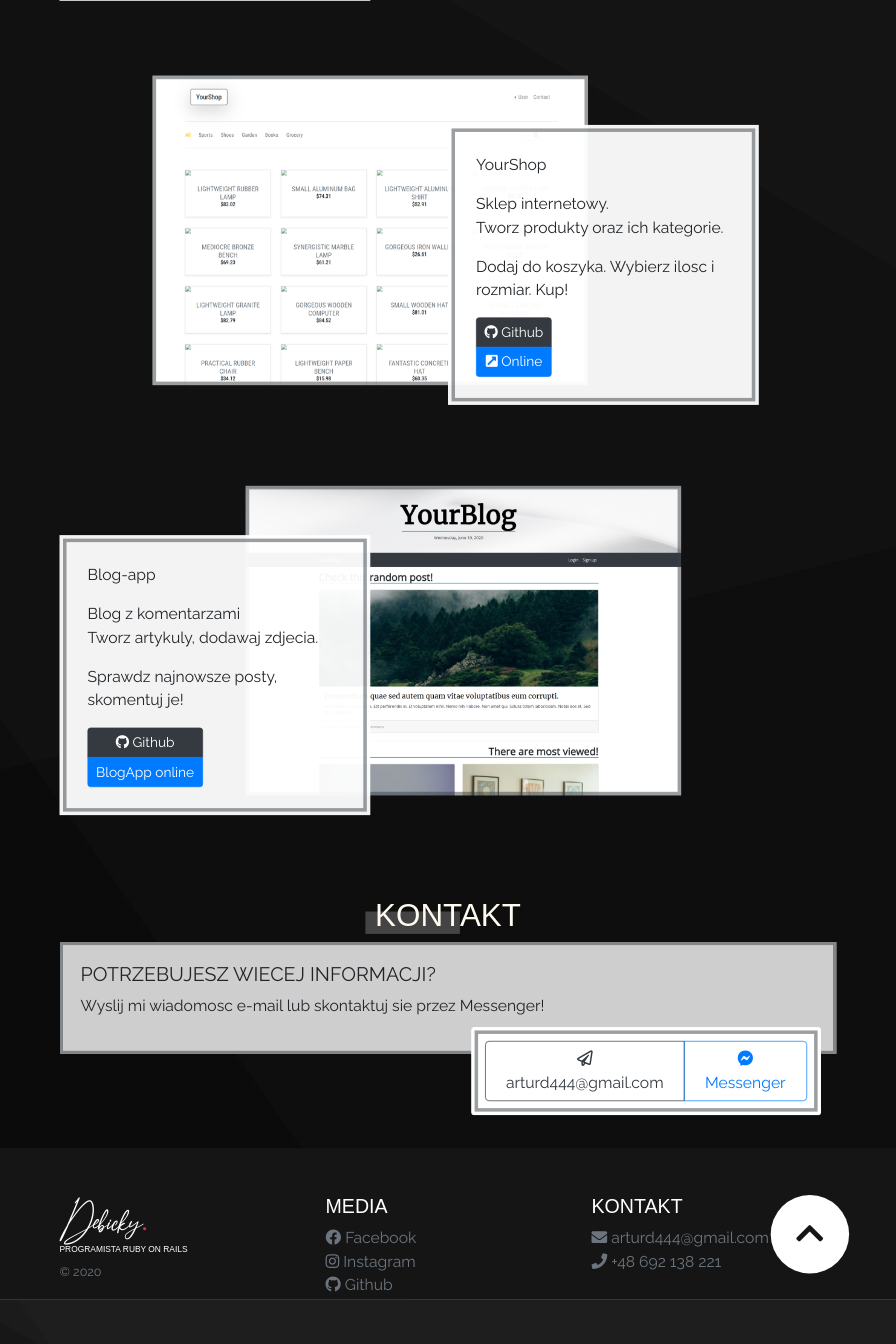
Repository: debicky/debicky.github.io
Page: index.html
The author's editor kept a copy of each file at every save. The page is drawn from the files as they stood at one save, then again after a run of saves.
The browser window is 1280 px wide. The pictures show the part of the page from y = 2713 to 4633 px (the page is 4633 px tall), at 70% of full size.
Some web fonts or font styles are not loaded; a fallback is used. Some web libraries are served in a nearby version.

Above is the page before, as saved 2020-06-16 09:07:15.

### index.html
<!DOCTYPE html>
<html lang="en">
<head>
  <meta charset="UTF-8">
  <meta name="viewport" content="width=device-width, initial-scale=1.0">
  <title>Debicky</title>
  <link rel="stylesheet" href="https://stackpath.bootstrapcdn.com/bootstrap/4.5.0/css/bootstrap.min.css" integrity="sha384-9aIt2nRpC12Uk9gS9baDl411NQApFmC26EwAOH8WgZl5MYYxFfc+NcPb1dKGj7Sk" crossorigin="anonymous">
  <link rel="stylesheet" href="https://cdnjs.cloudflare.com/ajax/libs/font-awesome/5.11.2/css/all.min.css">
  <link rel="stylesheet" href="styles.css">
  <link rel="stylesheet" href="https://unpkg.com/aos@next/dist/aos.css" />

</head>
<body>


  <header>
    <div class="signature" data-aos="fade-in" data-aos-duration="2000">
      <h5 class="signature-heading ">Debicky<span class="text-danger font-weight-bolder">.</span></h5>
      <h3 class="signature-subheading">Młodszy Programista Ruby on Rails</h3>
    </div>

    <div class="container">
      <nav class="navbar navbar-expand-md p-0 rounded" data-aos="fade-in" data-aos-duration="3000">
        <button class="navbar-toggler" type="button" data-toggle="collapse" data-target="#navbarSupportedContent" aria-controls="navbarSupportedContent" aria-expanded="false" aria-label="Toggle navigation">
          <i class="fas fa-bars"></i>
          <i class="fas fa-times"></i>
        </button>

        <div class="collapse navbar-collapse d-md-flex justify-content-center" id="navbarSupportedContent">
          <ul class="navbar-nav">
            <li class="nav-item">
              <a class="nav-link" href="#about">Umiejętności</a>
            </li>
            <li class="nav-item">
              <a class="nav-link" href="#projects">Projekty</a>
            </li>
            <li class="nav-item">
              <a class="nav-link" href="#contact">Kontakt</a>
            </li>
          </ul>
        </div>
      </nav>
    </div>
  </header>

  <section class="about" id="about">
    <div class="container">
      <h1 class="text-center" data-aos="fade-in" data-aos-duration="1500">Umiejętności</h1>

        <div class="about-content" data-aos="zoom-in" data-aos-duration="1000">
          <div class="main-about-description">
            <h5 class="font-weight-bold">Moja praca</h5>
            <p>Projekty wykonane w oparciu o framework <img src="/images/icons/ror.svg" alt="ror-icon"><b> Ruby on Rails 6</b>.
            <p>Bazy danych <i class="fas fa-database"></i><b> PostgreSQL</b>.</p>
            <p>Biblioteki takie jak: <b>Devise</b>, <b>Faker</b>, <b>Simple_form</b>, <b>Friendly_id</b> w celu sprawnej aranżacji produktu. </p>
            <p>Struktura, wyglad i responsywnosc stron tworzona przy pomocy <span><i class="fab fa-bootstrap text-bootstrap"></i> <b>Bootstrap</b></span>.</p>
            <p>Interakcja dzieki <img src="/images/icons/js.svg" alt="js-icon"><b>Javascript</b> oraz <span><img src="/images/icons/jquery.svg" alt="jquery-icon"> <b>jQuery</b></span>.</p>
          </div>
          <div class="minor-about-description ">
            <h5 class="font-weight-bold">Dodatkowe technologie</h5>
            <p><i class="fab fa-github"></i> <b>Github</b> bezpieczenstwo kodu  - <a href="https://github.com/debicky" target="_blank" class="text-dark font-italic">sprawdz moj profil</a>.</p>
            <p><img src="/images/icons/figma.svg" alt="figma-icon"> <b>Figma</b> sprawne prototypowanie UX/UI.</p>
          </div>
          <div class="project-down d-none d-md-flex" id="project-down">
            <span class="text-uppercase"><b>Projekty</b></span>
            <i class="fas fa-chevron-down"></i>
          </div>
        </div>

    </div>
  </section>




  <section class="projects" id="projects">
    <div class="container">
      <h1 class="text-center" data-aos="fade-in" data-aos-duration="1500">Projekty</h1>

        <div class="project-content" data-aos="fade-right" data-aos-duration="1000">
          <div class="project-description">
            <h5 class="font-weight-bold">Course-app</h5>
            <p class="text-muted">Platforma e-learningowa.</p>
            <p>Tworz kursy, dodawaj lekcje, sledz postep Twoich uczniow.</p>
            <p>Wybierz interesujacy Cie temat, zakup i ucz sie!</p>
            <div class="btn-group">
              <a href="https://github.com/debicky/course-application" target="_blank" class="btn p-2 btn-dark "><i class="fab fa-github-square"></i> Github </a>
              <a href="https://course-application-debart.herokuapp.com/" target="_blank" class="btn p-2 btn-primary "><i class="fas fa-external-link-square-alt"></i> Online</a>
            </div>
          </div>
          <div class="project-image">
            <a href="/images/1.jpeg">
              <img src="/images/course.png" alt="course-app-screenshot">
            </a>
          </div>
        </div>

        <div class="project-content" data-aos="fade-left" data-aos-duration="1000">
          <div class="project-description">
            <h5 class="font-weight-bold">Course-app</h5>
            <p class="text-muted">Platforma e-learningowa.</p>
            <p>Tworz kursy, dodawaj lekcje, sledz postep Twoich uczniow.</p>
            <p>Wybierz interesujacy Cie temat, zakup i ucz sie!</p>
            <div class="btn-group">
              <a href="https://github.com/debicky/course-application" target="_blank" class="btn p-2 btn-dark "><i class="fab fa-github-square"></i> Github </a>
              <a href="https://course-application-debart.herokuapp.com/" target="_blank" class="btn p-2 btn-primary "><i class="fas fa-external-link-square-alt"></i> Online</a>
            </div>
          </div>
          <div class="project-image">
            <a href="/images/1.jpeg">
              <img src="/images/course.png" alt="course-app-screenshot">
            </a>
          </div>
        </div>



        <div class="project-content" data-aos="fade-right" data-aos-duration="1000">
          <div class="project-description">
            <span class="span">
              <p>YourShop</p>
              <span class="span-footer">Sklep internetowy.</footer>
            </span>
            <p>Tworz produkty oraz ich kategorie.</p>
            <p>Dodaj do koszyka. Wybierz ilosc i rozmiar. Kup!</p>
            <div class="btn-group-vertical">
              <a href="https://github.com/debicky/yourshop" target="_blank" class="btn btn-dark btn-sm"><i class="fab fa-github"></i> Github </a>
              <a href="http://your-shop-debart.herokuapp.com/" target="_blank" class="btn btn-primary btn-sm"><i class="fas fa-external-link-square-alt"></i> Online</a>
            </div>
          </div>
          <div class="project-image">
            <a href="/images/1.jpeg">
              <img src="/images/shop.png" alt="shop-app-screenshot">
            </a>
          </div>
        </div>

        <div class="project-content" data-aos="fade-left" data-aos-duration="1000">
          <div class="project-description">
            <span class="span">
              <p>Blog-app</p>
              <span class="span-footer">Blog z komentarzami</footer>
            </span>
            <p>Tworz artykuly, dodawaj zdjecia.</p>
            <p>Sprawdz najnowsze posty, skomentuj je!</p>
            <div class="btn-group-vertical">
              <a href="https://github.com/debicky/your-blog-debart" target="_blank" class="btn btn-dark btn-sm"><i class="fab fa-github"></i> Github </a>
              <a href="http://your-blog-debart.herokuapp.com/" target="_blank" class="btn btn-primary btn-sm">BlogApp online</a>
            </div>
          </div>
          <div class="project-image">
            <a href="/images/1.jpeg">
              <img src="/images/blog.png" alt="blog-app-screenshot">
            </a>
          </div>
        </div>


    </div>
  </section>

  <section class="contact" id="contact">
    <div class="container">
      <h1 class="text-center" data-aos="fade-in" data-aos-duration="1500">Kontakt</h1>

      <div class="contact-content" data-aos="zoom-in" data-aos-duration="1000">
        <div class="main-about-description">
          <h5 class="text-uppercase">Potrzebujesz wiecej informacji?</h5>
          <p>Wyslij mi wiadomosc e-mail lub skontaktuj sie przez Messenger!</p>
        </div>
        <div class="minor-about-description btn-group">
          <a href="mailto:arturd444@gmail.com" target="_blank" class="btn btn-outline-dark ">
            <i class="far fa-paper-plane"></i>
            arturd444@gmail.com
          </a>
          <a href="https://m.me/artur.debicki.5" target="_blank" class="btn btn-outline-primary">
            <i class="fab fa-facebook-messenger "></i>
            Messenger
          </a>
        </div>
      </div>
    </div>
  </section>


  <footer class="py-5">
    <div class="up" id="up">
      <i class="fas fa-chevron-up"></i>
    </div>
    <div class="container">
      <div class="row">
        <div class="col-12 col-md-5 col-lg-4 mb-5 mb-md-0">
          <div class="signature-footer">
            <h5 class="signature-footer-heading">Debicky<span class="text-danger font-weight-bolder">.</span></h5>
            <h3 class="signature-footer-subheading">Programista Ruby on Rails</h3>
          </div>
          <small class="d-block mt-2 text-muted">&copy; 2020</small>
        </div>
        <div class="col-12 col-md-5 col-lg-4 mb-5">
          <h5 class="text-uppercase">Media</h5>
            <ul class="list-unstyled mb-0">
              <li>
                <a href="https://www.facebook.com/artur.debicki.5" class="text-muted"><i class="fab fa-facebook"></i> Facebook</a>
              </li>
              <li>
                <a href="https://www.instagram.com/debicky" class="text-muted"><i class="fab fa-instagram"></i> Instagram</a>
              </li>
              <li>
                <a href="https://github.com/debicky" class="text-muted"><i class="fab fa-github"></i> Github</a>
              </li>
            </ul>
        </div>
        <div class="col-12 col-md-5 col-lg-4">
          <h5 class="text-uppercase">Kontakt</h5>
            <ul class="list-unstyled mb-0">
              <li>
                <a href="mailto:arturd444@gmail.com" class="text-muted"><i class="fas fa-envelope"></i> arturd444@gmail.com</a>
              </li>
              <li>
                <p class="text-muted"><i class="fa fa-phone"></i> +48 692 138 221</p>
              </li>
            </ul>
        </div>
      </div>
    </div>
  </footer>



  <script src="https://code.jquery.com/jquery-3.5.0.min.js" crossorigin="anonymous"></script>
  <script src="https://cdn.jsdelivr.net/npm/popper.js@1.16.0/dist/umd/popper.min.js" integrity="sha384-Q6E9RHvbIyZFJoft+2mJbHaEWldlvI9IOYy5n3zV9zzTtmI3UksdQRVvoxMfooAo" crossorigin="anonymous"></script>
  <script src="https://stackpath.bootstrapcdn.com/bootstrap/4.5.0/js/bootstrap.min.js" integrity="sha384-OgVRvuATP1z7JjHLkuOU7Xw704+h835Lr+6QL9UvYjZE3Ipu6Tp75j7Bh/kR0JKI" crossorigin="anonymous"></script>
  <script src="https://unpkg.com/aos@next/dist/aos.js"></script>
  <script src="script.js"></script>

</body>
</html>

### styles.css
@import url('https://fonts.googleapis.com/css2?family=Playfair+Display&family=Playfair+Display+SC&family=Raleway&display=swap');

@font-face {
  font-family: "AmostelySignature";
  src: url("/fonts/AmostelySignature.ttf");
  }


* {
  margin: 0;
  padding: 0;
  box-sizing: border-box;
}

body,html {
  background-image: linear-gradient(346deg, rgba(55, 55, 55,0.04) 0%, rgba(55, 55, 55,0.04) 22%,rgba(140, 140, 140,0.04) 22%, rgba(140, 140, 140,0.04) 69%,rgba(225, 225, 225,0.04) 69%, rgba(225, 225, 225,0.04) 100%),linear-gradient(31deg, rgba(55, 55, 55,0.04) 0%, rgba(55, 55, 55,0.04) 42%,rgba(140, 140, 140,0.04) 42%, rgba(140, 140, 140,0.04) 85%,rgba(225, 225, 225,0.04) 85%, rgba(225, 225, 225,0.04) 100%),linear-gradient(55deg, rgba(55, 55, 55,0.04) 0%, rgba(55, 55, 55,0.04) 13%,rgba(140, 140, 140,0.04) 13%, rgba(140, 140, 140,0.04) 72%,rgba(225, 225, 225,0.04) 72%, rgba(225, 225, 225,0.04) 100%),linear-gradient(90deg, rgba(0,0,0, 0.98),rgba(0,0,0, 0.98));
  font-family: 'Raleway', sans-serif;

}



a:hover {
  text-decoration: none;
}

.text-bootstrap{
  color: #563d7c;
}

p span{
  white-space: pre;
}

/* Heading */

header{
  height: 100vh;
  width: 100%;
  display: flex;
  flex-direction: column;
  align-items: center;
  justify-content: center;

}

.signature{
  color: floralwhite;
  text-align: center;
  user-select: none;
}

.signature-heading{
  font-family: 'AmostelySignature', cursive;
  font-size: 7rem;
  margin-bottom: 30px;
}

.signature-subheading{
  font-family: 'Playfair Display SC', sans-serif;
  font-size: 1.5rem;
  text-transform: uppercase;
  margin-bottom: 20px;
}

/* Navbar */

.navbar{
  background-color: #fff;
}

.navbar-toggler i{
  color: #fff;
  font-size: 1.2rem;
}

.navbar-toggler .fa-times{
  display: none;
}

.navbar-toggler.menu-open  .fa-bars{
  display: none;
}

.navbar-toggler.menu-open  .fa-times{
  display: block;
}

.navbar-nav{
  padding: 20px;
}

.nav-link{
  color: rgb(19, 18, 18);
  text-transform: uppercase;
  transition: opacity .5s;
  font-size: 1rem;
}

.nav-link:hover{
  color: maroon;
}

/* about */

.about {
  height: 100vh;
  justify-content: center;
  align-items: center;
}

.about img{
height: 18px;
}

.main-about-description, .minor-about-description {
  width: 100%;
  background-color: rgba(255, 255, 255, .8);
  padding: 30px;
  outline: 5px solid rgba(56, 65, 71, 0.5);
  outline-offset: -5px;
  order: 1;
  margin-top: 5px;
}

.project-down{
  padding-top: .6rem;
  flex-direction: column;
  justify-content: center;
  align-items: center;
  width: 5rem;
  height: 5rem;
  background-color: #fff;
  border-radius: 100%;
  margin: 5rem;
  animation: pulse 2.5s infinite;
  cursor: pointer;
  z-index: 1;
  font-size: 0.7rem;
}

.project-down i{
  color: #151515;
  font-size: 2rem;
}





/* section headers */

section h1{
  font-family: 'Playfair Display SC', sans-serif;
  font-size: 2rem;
  text-transform: uppercase;
  position: relative;
  z-index: 1;
  color: floralwhite;
}

section h1::before {
  content: ' ';
  position: absolute;
  width: 6rem;
  background: #7c7a7a81;
  height: .7em;
  bottom: 0;
  z-index: -1;
  margin-left: -.3em;
}

/* Projects */

.projects{
  margin-top: 30vh;
}

.project-content{
  margin-bottom: 10vh;
}

.project-description{
  width: 100%;
  background-color: rgba(255, 255, 255, 0.95);
  padding: 40px;
  outline: 5px solid rgba(56, 65, 71, 0.5);
  outline-offset: -5px;
  order: 1;
  margin-top: 5px;
  margin-bottom: 1px;
}

.project-image{
  order: 2;
}

.project-image img{
  outline: 5px solid rgba(56, 65, 71, 0.5);
  outline-offset: -5px;
  width: 100%;
  height: auto;
  display: block;
}







/* Contact */

.contact{
  margin-bottom: 20vh;
}



/* Footer */


footer {
  background-color: #151515;
  color: #fff;
}

.signature-footer{
  user-select: none;
}

.signature-footer-heading{
  font-family: 'AmostelySignature', cursive;
  font-size: 50px;
  color: #fff;
}

.signature-footer-subheading{
  font-family: 'Playfair Display SC', sans-serif;
  font-size: 12px;
  text-transform: uppercase;
  color: #fff;
}

footer h5{
  font-family: 'Playfair Display SC', sans-serif;
}


a.text-muted:hover{
  color: maroon !important;
}

.up{
  position: absolute;
  width: 5rem;
  height: 5rem;
  background-color: #fff;
  right: 3rem;
  border-radius: 100%;
  display: flex;
  animation: pulse 2.5s infinite;
  cursor: pointer;
  z-index: 1;
}

.up i{
  color: #151515;
  font-size: 2rem;
  margin: auto;

}

@keyframes pulse {
  0%{
    box-shadow: 0 0 0 0 #7c7a7a81;
  }
  70%{
    box-shadow: 0 0 0 2rem rgba(238, 202, 125, 0);

  }
  100%{
    box-shadow: 0 0 0 0 rgba(238, 202, 125, 0);

  }
}

/* Responsive */

@media screen and (min-width: 768px) {
  .navbar{
    background-color: transparent;
  }
  .navbar-nav{
    padding: 0;
  }
  .nav-link{
    color: #384147;
  }

  nav:hover .nav-link:not(:hover){
    opacity: .5;
  }

  /* about resposnive */

  .about{
    margin-top: 10vh;
  }

  .about-content{
    position: relative;
    display: block;
  }

  .minor-about-description{
    position: absolute;
    transform: translateY(-35%);
    left: 53%;
    width: 45%;
    padding: 20px;
    background-color: #fff;
    outline-offset: -10px;
    border-radius: 5px;

  }

  .project-content{
    margin-bottom: 20vh;
  }



  /* project responsive */

  .projects{
    margin-top: 10vh;
  }

  .project-content{
    position: relative;
    display: block;
  }

  .project-description{
    position: absolute;
    top: 80%;
    transform: translateY(-50%);
    width: 50%;
    outline-offset: -10px;
  }

  .project-image img{
    width: 70%;
    margin-left: auto;
  }

  .project-content:nth-child(2n) .project-description{
    left: 50%;
  }

  .project-content:nth-child(2n) .project-image img{
    margin-right: auto;
  }

    .contact{
    height: 30vh;
  }

}

@media screen and (min-width: 1200px) {
  html{
    font-size: 1.4rem;
  }

  .project-description{
    top: 60%;
    width: 40%;
  }

  .project-image{
    width: 80%;
  }



  footer{
    height: 30vh;
  }

}

### script.js
$(document).ready(function () {

  AOS.init();


  $('.navbar-toggler').on('click', function () {
    $(this).toggleClass('menu-open');
  })

  $('.navbar .nav-link').on('click', function () {
    $('.navbar-collapse').toggleClass('show')
    $('.navbar-toggler').removeClass('menu-open')
  });

  $('nav a[href*="#').on('click', function () {
    $('html, body').animate({
      scrollTop: $($(this).attr('href')).offset().top - 100
    }, 900);
  });

  $('#project-down').on('click', function () {
    $('html, body').animate({
      scrollTop: $('#projects').offset().top - 10
    }, 900);
  });

  $('#up').on('click', function () {
    $('html, body').animate({
      scrollTop: 0
    }, 900);
  });






})

After the next 4 saves:
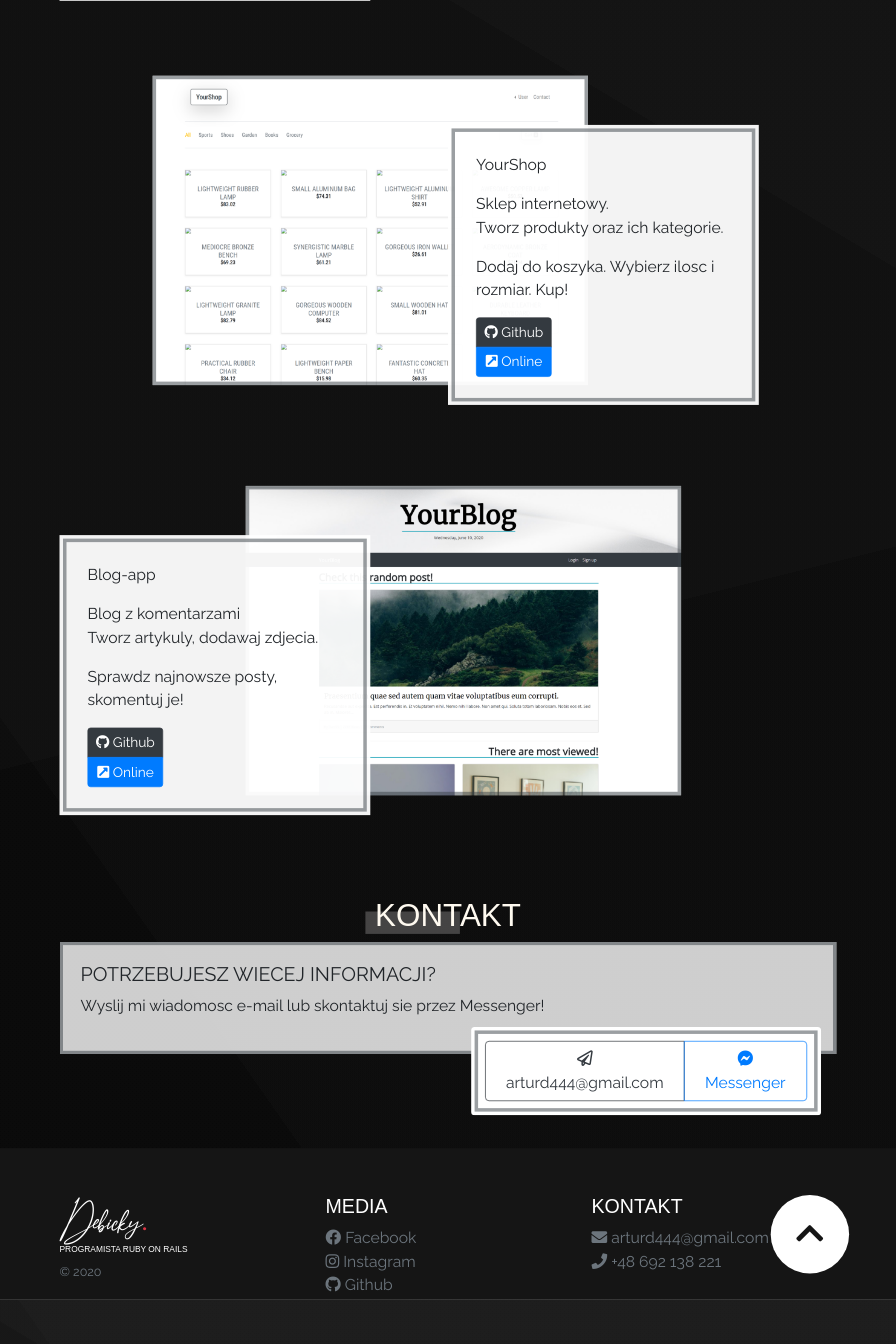
The 4 saves are shown as one change because they came seconds apart.
The last was saved 10 s later.
--- a/index.html
+++ b/index.html
@@ -145,7 +145,7 @@
             <p>Sprawdz najnowsze posty, skomentuj je!</p>
             <div class="btn-group-vertical">
               <a href="https://github.com/debicky/your-blog-debart" target="_blank" class="btn btn-dark btn-sm"><i class="fab fa-github"></i> Github </a>
-              <a href="http://your-blog-debart.herokuapp.com/" target="_blank" class="btn btn-primary btn-sm">BlogApp online</a>
+              <a href="http://your-blog-debart.herokuapp.com/" target="_blank" class="btn btn-primary btn-sm"><i class="fas fa-external-link-square-alt"></i> Online</a>
             </div>
           </div>
           <div class="project-image">
